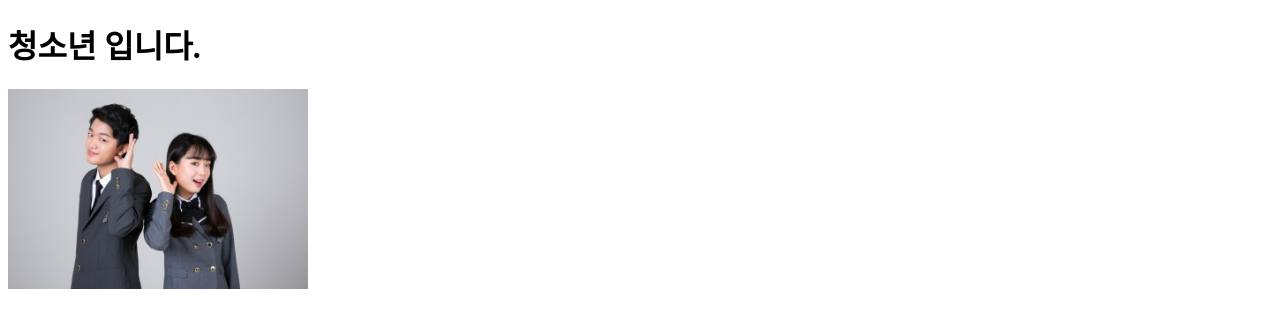
Repository: lee-ruru/jsp_practice
Page: http://localhost/JSPBasic/JspObject/4.objecttest/bus_junior.jsp
An editor plug-in stored every save of this project. The page is shown before and after the next save, followed by the edit.
The browser window is 1280 px wide. The pictures show the whole page.
The page is served by Tomcat 9.

Above is the page before, as saved 2022-02-07 06:17:18.

### JSPBasic/src/main/webapp/JspObject/4.objecttest/bus_junior.jsp
<%@ page language="java" contentType="text/html; charset=UTF-8"
    pageEncoding="UTF-8"%>
<!DOCTYPE html>
<html>
<head>
<meta charset="UTF-8">
<title>Insert title here</title>
</head>
<body>
	<form action = "repository/bus_form.jsp">
	<h1>청소년 입니다.</h1>
	<img src="junior.jpg" width="300px" height="200px">
</body>
</html>

After the next save:
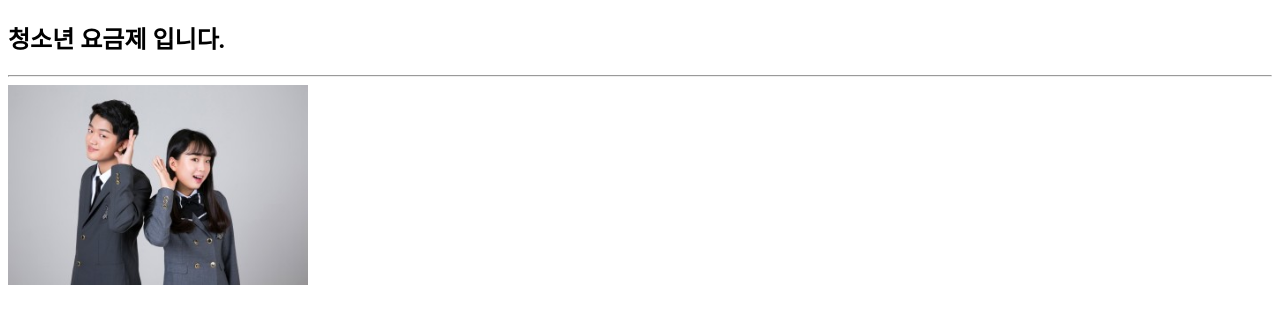
Saved 21 s later.
--- a/JSPBasic/src/main/webapp/JspObject/4.objecttest/bus_junior.jsp
+++ b/JSPBasic/src/main/webapp/JspObject/4.objecttest/bus_junior.jsp
@@ -7,8 +7,9 @@
 <title>Insert title here</title>
 </head>
 <body>
-	<form action = "repository/bus_form.jsp">
-	<h1>청소년 입니다.</h1>
+	<h2>청소년 요금제 입니다.</h2>
+	<hr/>
+	<a href="bus_form.jsp"></a>
 	<img src="junior.jpg" width="300px" height="200px">
 </body>
 </html>
